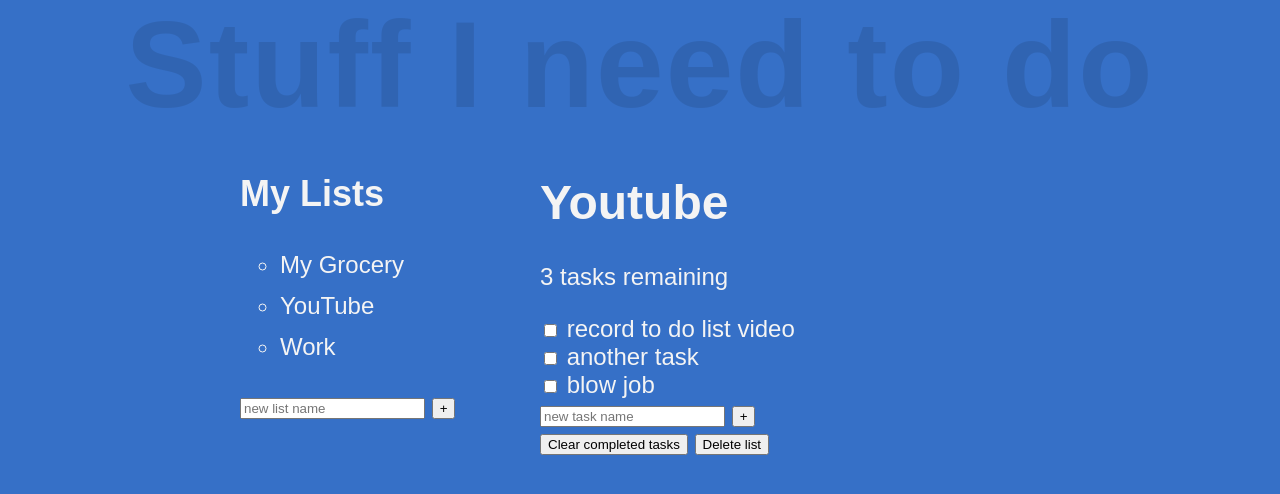
Repository: MohammadMazloum123/To-Do-List-App-
Page: index.html
An editor plug-in stored every save of this project. The page is shown before and after a run of saves, followed by the edit.
The browser window is 1280 px wide. The pictures show the whole page.

Above is the page before, as saved 2024-02-15 12:36:41.

### index.html
<!DOCTYPE html>
<html lang="en">
<head>
    <meta charset="UTF-8">
    <meta name="viewport" content="width=device-width, initial-scale=1.0">
    <title>To-Do List</title>
    <link rel="stylesheet" href="styles.css">
</head>
<body>
    <h1 class="title">Stuff I need to do</h1>
    <div class="all-tasks">
        <h2 class="task-list-title">My Lists</h2>
        <ul class="task-list">
            <li class="active-list">My Grocery</li>
            <li>YouTube</li>
            <li>Work</li>
        </ul>
        <form>
            <input type="text" class="new list" placeholder="new list name" aria-label="new list name">
            <button class="btn list" aria-label="create new list">+</button>
        </form>
    </div>
    <div class="todo-list">
        <div class="todo-header">
            <h1 class="list-title">Youtube</h1>
            <p class="task-count">3 tasks remaining</p>
        </div>
        <div class="todo-body">
            <div class="tasks">
                <div class="task">
                    <input type="checkbox" id="task-1">
                    <label for="task-1">
                        <span class="custom-checkbox"></span>
                        record to do list video
                    </label>
                </div>
                <!--Task 1-->
                <div class="task">
                    <input type="checkbox" id="task-2">
                    <label for="task-2">
                        <span class="custom-checkbox"></span>
                        another task
                    </label>
                </div>
                <!--Task 2-->
                <div class="task">
                    <input type="checkbox" id="task-3">
                    <label for="task-3">
                        <span class="custom-checkbox"></span>
                        blow job
                    </label>
                </div>
                <!--Task 3-->
            </div>
            <div class="new-task-creator">
                <form>
                    <input type="text" class="new list" placeholder="new task name" aria-label="new task name">
                    <button class="btn task" aria-label="create new task">+</button>
                </form>
            </div>
            <div class="delete-stuff">
                <button class="btn delete">Clear completed tasks</button>
                <button class="btn delete">Delete list</button>
            </div>
        </div>
    </div>

</body>
</html>

### styles.css
:root{
    --clr-primary: rgb(54, 112, 199);
    --clr-light: #f4f4f4;
    --clr-dark:#333;
    --clr-warning: rgb(99, 36, 36);
}
*,
*::before,
*::after{
    font-family: inherit;
    box-sizing: border-box;
}

body{
    margin: 0;
    font-family: "Work Sans", sans-serif;
    font-weight: 300;
    font-size: 1.5rem;
    background-color: var(--clr-primary);
    color: var(--clr-light);
    display: grid;
    grid:
        "header header header header" auto
        "...... lists active ......" auto /
        1fr minmax(100px, 300px) minmax(250px, 500px) 1fr;
}
.title{
    grid-area: header;
    text-align: center;
    font-weight: 800;
    font-size: calc(7vw + 2rem);
    color: rgba(0, 0, 0, .1);
    margin: -.3rem 0 0.5rem;
    letter-spacing: 2px;
}
.all-tasks{
    grid-area: lists;
}
.task-list{
    line-height: 1.7;
    list-style: circle;

}

.todo-list{
    grid-area: active;
}

After the next 2 saves:
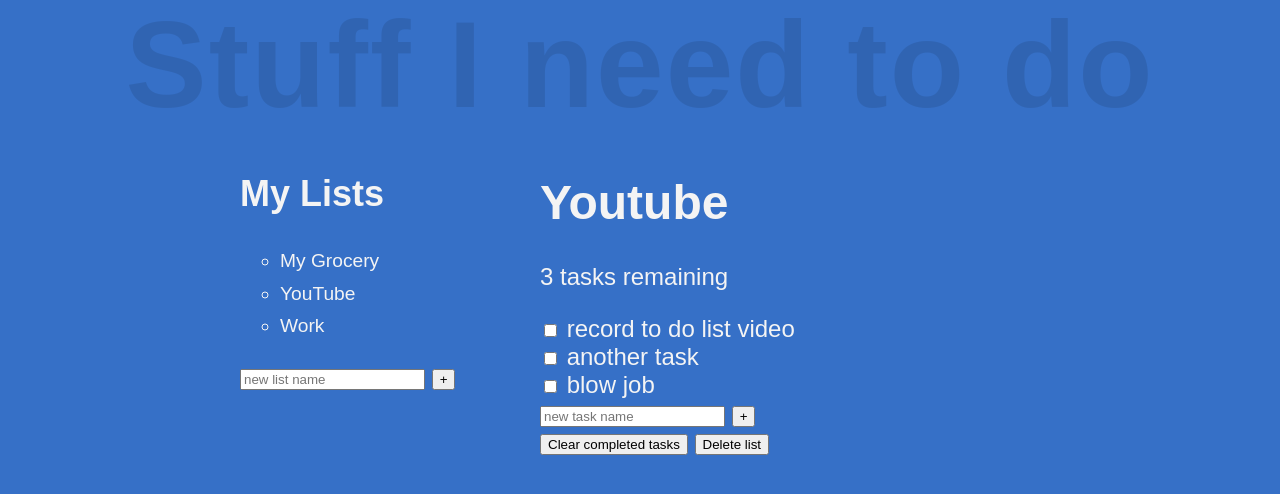
The 2 saves are shown as one change because they came seconds apart.
The last was saved 8 s later.
--- a/styles.css
+++ b/styles.css
@@ -39,7 +39,7 @@ body{
 .task-list{
     line-height: 1.7;
     list-style: circle;
-
+    font-size: 1.2rem;
 }
 
 .todo-list{
